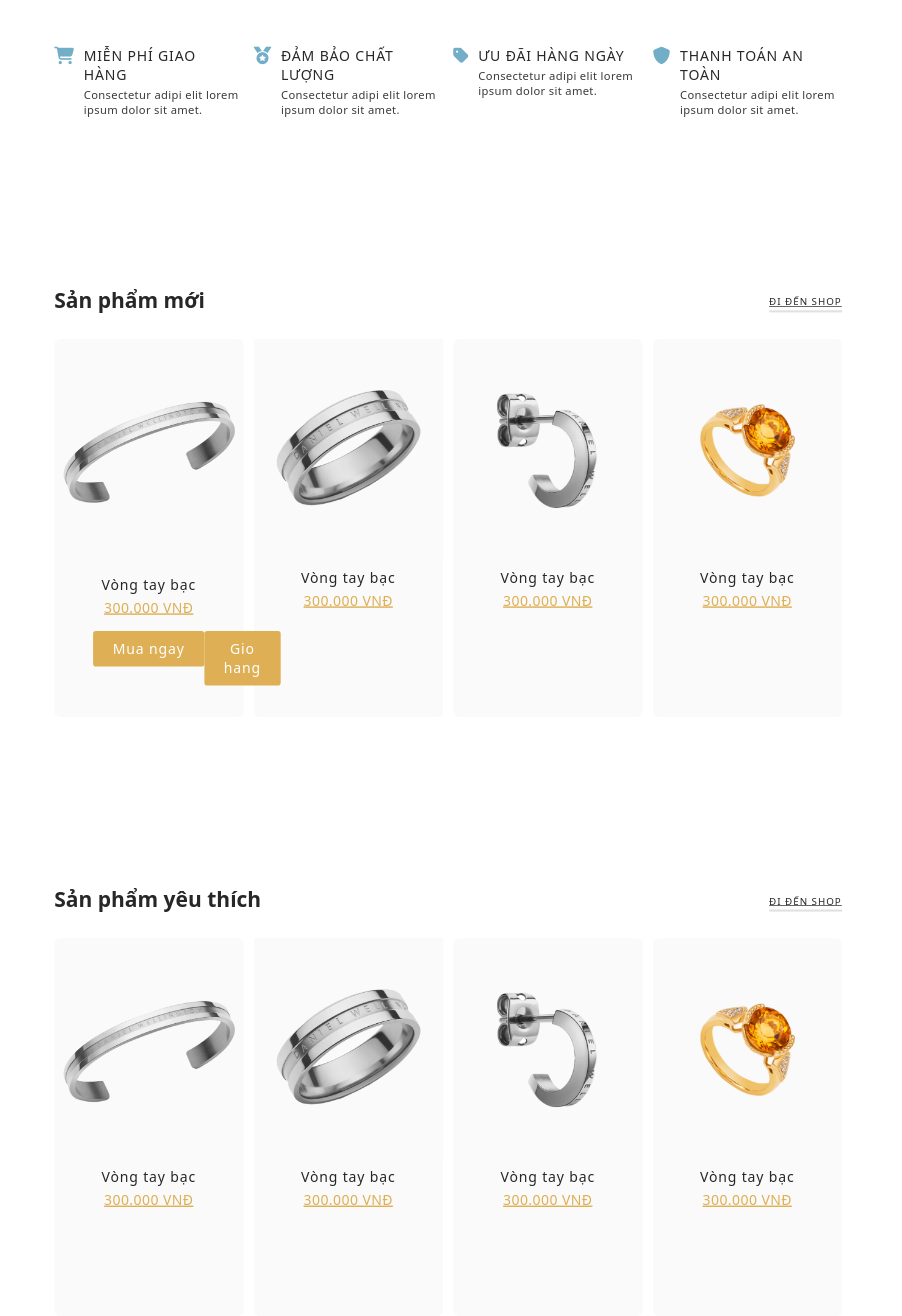
Repository: CangNgo/shoptrangsuc.github.io
Page: index.html
These files come from the project's save history. The page is drawn as it stood at one moment and after the next save; the edit follows.
The browser window is 1280 px wide. The page is 1288 px wide, so the pictures cover 1288 px, including what lies to the right of the window. The pictures show the part of the page from y = 775 to 2655 px (the page is 5591 px tall), at 70% of full size.

Above is the page before, as saved 2024-01-11 18:04:25.

### index.html
<!DOCTYPE html>
<html lang="en">

<head>
    <meta charset="UTF-8">
    <meta name="viewport" content="width=device-width, initial-scale=1.0">
    <link rel="stylesheet" href="asset/css/style.css">
    <link rel="stylesheet" href="asset/css/layout.css">
    <link rel="stylesheet" href="asset/fontawesome-free-6.2.1-web/fontawesome-free-6.2.1-web/css/all.min.css">
    <link href="https://cdn.jsdelivr.net/npm/bootstrap@5.3.2/dist/css/bootstrap.min.css" rel="stylesheet" integrity="sha384-T3c6CoIi6uLrA9TneNEoa7RxnatzjcDSCmG1MXxSR1GAsXEV/Dwwykc2MPK8M2HN" crossorigin="anonymous">

    <title>Serein shop trang sức</title>
</head>

<body>
    <main>
        <header>
            <div class="grid wide">
                <div class="header__main">
                    <div class="logo">
                        <img src="asset/img/logo.png" alt="">
                    </div>
                    <div class="nav">
                        <div class="navbar">
                            <ul>
                                <li><a href="#">Home</a></li>
                                <li><a href="shop.html">Shop</a></li>
                                <li><a href="#">About</a></li>
                                <li><a href="#">Blogs</a></li>
                                <li><a href="#">Contact</a></li>
                            </ul>
                        </div>
                        <div class="right__icons">
                            <div class="right__icon-item">
                                <i class="fa-solid fa-magnifying-glass"></i>
                            </div>
                            <div class="right__icon-item">
                                <i class="fa-solid fa-user"></i>
                            </div>
                            <div class="right__icon-item">
                                <i class="fa-solid fa-cart-shopping"></i>
                                <span>(0)</span>
                            </div>
                        </div>
                    </div>
                </div>
            </div>
        </header>
        <div class="banner">
            <div class="grid wide">
                <div class="row">
                    <div class="col l-6">
                        <div class="banner__left">
                            <h3>Bộ sưu tập</h3>
                            <h2>Dấu ấn</h2>
                            <span>Mỗi chúng ta là một cá thể độc nhất trên thế giới, vậy nên, hãy thoải mái sáng tạo
                                theo cách riêng của bạn. Dù ở bất kỳ phiên bản nào, Serein Jewelry luôn đồng hành cùng
                                bạn ghi lại “DẤU ẤN” riêng bạn.</span>
                        </div>
                    </div>
                    <div class="col l-6 ">
                        <div class="banner__right">
                            <div class="banner__right-btn">
                                <i class="fa-solid fa-chevron-left"></i>
                            </div>
                            <div class="banner-right-img">
                                <img src="asset/img/vong-bac-banner.png" alt="">
                            </div>
                            <div class="banner__right-btn">
                                <i class="fa-solid fa-chevron-right"></i>
                            </div>
                        </div>
                    </div>
                </div>
                <div class="row banner__bottom">
                    <div class="col l-6">
                        <form class="banner-bottom-left">
                            <button type="submit" name="">Mua ngay</button>
                        </form>
                    </div>
                    <div class="col l-6">
                        <div class="banner-bottom-right">
                            <div class="banner-bottom-color">
                                <div class="banner-bottom-color-item gold"></div>
                                <div class="banner-bottom-color-item white"></div>
                            </div>
                            <div class="banner-bottom-play">
                                <i class="fa-solid fa-circle-play"></i>
                            </div>
                        </div>
                    </div>
                </div>
            </div>
        </div>
        <section class="features container">
            <div class="grid wide">
                <div class="row">
                    <div class="col l-3">
                        <div class="features-item">
                            <div class="features-icon">
                                <i class="fa-solid fa-cart-shopping"></i>
                            </div>
                            <div class="feeatures-items">
                                <h4>Miễn phí giao hàng</h4>
                                <span>Consectetur adipi elit lorem ipsum dolor sit amet.</span>
                            </div>
                        </div>
                    </div>
                    <div class="col l-3">
                        <div class="features-item">
                            <div class="features-icon">
                                <i class="fa-solid fa-medal"></i>
                            </div>
                            <div class="feeatures-items">
                                <h4>Đảm bảo chất lượng</h4>
                                <span>Consectetur adipi elit lorem ipsum dolor sit amet.</span>
                            </div>
                        </div>
                    </div>
                    <div class="col l-3">
                        <div class="features-item">
                            <div class="features-icon">
                                <i class="fa-solid fa-tag"></i>
                            </div>
                            <div class="feeatures-items">
                                <h4>Ưu đãi hàng ngày</h4>
                                <span>Consectetur adipi elit lorem ipsum dolor sit amet.</span>
                            </div>
                        </div>
                    </div>
                    <div class="col l-3">
                        <div class="features-item">
                            <div class="features-icon">
                                <i class="fa-solid fa-shield"></i>
                            </div>
                            <div class="feeatures-items">
                                <h4>Thanh toán an toàn</h4>
                                <span>Consectetur adipi elit lorem ipsum dolor sit amet.</span>
                            </div>
                        </div>
                    </div>
                </div>
            </div>
        </section>
        <section class="product container">
            <div class="grid wide">
                <div class="product-section">
                    <h3>Sản phẩm mới</h3>
                    <span><a href="#">Đi đến shop</a></span>
                </div>
                <div class="row">
                    <form class="col l-3">
                        <div class="product-item">
                            <div class="product-top">
                                <div class="product-item-img">
                                    <img src="asset/img/vong-bac.png" alt="Vòng tay bạc">
                                </div>
                            </div>
                            <div class="product-bottom">
                                <div class="product-item-bottom">
                                    <div class="product-item-name">Vòng tay bạc</div>
                                    <div class="product-item-price"><a href="#">300.000 VNĐ</a></div>
                                </div>
                                <div class="buy-product" style="position: relative;">
                                    <button name="buy_product">Mua ngay</button>
                                    <button style="position: absolute; top: 0; ">Gio hang</button>
                                </div>
                            </div>
                        </div>
                    </form>
                    <div class="col l-3">
                        <div class="product-item">
                            <div class="product-item-img">
                                <img src="asset/img/nhan-bac.png" alt="Vòng tay bạc">
                            </div>
                            <div class="product-item-bottom">
                                <div class="product-item-name">Vòng tay bạc</div>
                                <div class="product-item-price"><a href="#">300.000 VNĐ</a></div>
                            </div>
                        </div>
                    </div>
                    <div class="col l-3">
                        <div class="product-item">
                            <div class="product-item-img">
                                <img src="asset/img/bong-tai-bac.png" alt="Vòng tay bạc">
                            </div>
                            <div class="product-item-bottom">
                                <div class="product-item-name">Vòng tay bạc</div>
                                <div class="product-item-price"><a href="#">300.000 VNĐ</a></div>
                            </div>
                        </div>
                    </div>
                    <div class="col l-3">
                        <div class="product-item">
                            <div class="product-item-img">
                                <img src="asset/img/nhan-vang.png" alt="Vòng tay bạc">
                            </div>
                            <div class="product-item-bottom">
                                <div class="product-item-name">Vòng tay bạc</div>
                                <div class="product-item-price"><a href="#">300.000 VNĐ</a></div>
                            </div>
                        </div>
                    </div>
                </div>
            </div>
        </section>
        <section class="product container">
            <div class="grid wide">
                <div class="product-section">
                    <h3>Sản phẩm yêu thích</h3>
                    <span><a href="#">Đi đến shop</a></span>
                </div>
                <div class="row">
                    <div class="col l-3">
                        <div class="product-item">
                            <div class="product-item-img">
                                <img src="asset/img/vong-bac.png" alt="Vòng tay bạc">
                            </div>
                            <div class="product-item-bottom">
                                <div class="product-item-name">Vòng tay bạc</div>
                                <div class="product-item-price"><a href="#">300.000 VNĐ</a></div>
                            </div>
                        </div>
                    </div>
                    <div class="col l-3">
                        <div class="product-item">
                            <div class="product-item-img">
                                <img src="asset/img/nhan-bac.png" alt="Vòng tay bạc">
                            </div>
                            <div class="product-item-bottom">
                                <div class="product-item-name">Vòng tay bạc</div>
                                <div class="product-item-price"><a href="#">300.000 VNĐ</a></div>
                            </div>
                        </div>
                    </div>
                    <div class="col l-3">
                        <div class="product-item">
                            <div class="product-item-img">
                                <img src="asset/img/bong-tai-bac.png" alt="Vòng tay bạc">
                            </div>
                            <div class="product-item-bottom">
                                <div class="product-item-name">Vòng tay bạc</div>
                                <div class="product-item-price"><a href="#">300.000 VNĐ</a></div>
                            </div>
                        </div>
                    </div>
                    <div class="col l-3 m-12 c-12">
                        <div class="product-item">
                            <div class="product-item-img">
                                <img src="asset/img/nhan-vang.png" alt="Vòng tay bạc">
                            </div>
                            <div class="product-item-bottom">
                                <div class="product-item-name">Vòng tay bạc</div>
                                <div class="product-item-price"><a href="#">300.000 VNĐ</a></div>
                            </div>
                        </div>
                    </div>
                </div>
            </div>
        </section>
        <section class="posts product container">
            <div class="grid wide">
                <div class="product-section">
                    <h3>Bài viết mới</h3>
                    <span><a href="#">Đi đến blog</a></span>
                </div>
                <div class="row">
                    <div class="col l-4">
                        <div class="posts-item">
                            <div class="post-item-img"><img src="asset/img/post1.png" alt=""></div>
                            <div class="post-item-datetime">feb 22, 2023 - Gadgets</div>
                            <div class="post-item-name">Get some cool gadgets in 2023</div>
                        </div>
                    </div>
                    <div class="col l-4">
                        <div class="posts-item">
                            <div class="post-item-img"><img src="asset/img/post2.png" alt=""></div>
                            <div class="post-item-datetime">feb 22, 2023 - technology</div>
                            <div class="post-item-name">TECHNOLOGY HACK YOU WON’T GET</div>
                        </div>
                    </div>
                    <div class="col l-4">
                        <div class="posts-item">
                            <div class="post-item-img"><img src="asset/img/post3.png" alt=""></div>
                            <div class="post-item-datetime">feb 22, 2023 - camera</div>
                            <div class="post-item-name">toP 10 SMALL cAMERA IN THE WORLD</div>
                        </div>
                    </div>
                </div>
            </div>
        </section>
        <section class="coutdown container">
            <div class="grid wide">
                <div class="coutdown-content">
                    <h3>Đăng ký ngay để sở hữu BST "Dấu ấn"</h3>
                    <div class="coutdown-content-bottom">
                        <span>Vì “Dấu ấn” là BST độc nhất cho mỗi khách hàng, nên chúng tôi chỉ mở bán với số lượng giới
                            hạn.
                            Đặc biệt, khi mua hàng càng sớm bạn sẽ nhận được nhiều ưu đãi đặc biệt từ Serein Jewelry.
                        </span>
                        <button name="buy_submit">Mua ngay</button>
                    </div>
                </div>
                <div class="coutdown-olock">
                    <div class="coutdown-olock-item">
                        <div class="coutdown-olock-item-hour">0</div>
                        <div class="coutdown-olock-item-day">Ngày</div>
                    </div>
                    <div class="coutdown-olock-item">
                        <div class="coutdown-olock-item-hour">7</div>
                        <div class="coutdown-olock-item-day">Giờ</div>
                    </div>
                    <div class="coutdown-olock-item">
                        <div class="coutdown-olock-item-hour">23</div>
                        <div class="coutdown-olock-item-day">Phút</div>
                    </div>
                    <div class="coutdown-olock-item">
                        <div class="coutdown-olock-item-hour">49</div>
                        <div class="coutdown-olock-item-day">Giây</div>
                    </div>
                </div>
            </div>
        </section>
        <section class="form-register container">
            <div class="grid wide">
                <div class="form-register-main">
                    <div class="form-register-content">
                        <h3>Đăng ký ngay</h3>
                        <span>Đăng ký để nhận được khuyến mãi</span>
                    </div>
                    <div class="form-register-input">
                        <input type="text" placeholder="Nhập email">
                        <button>Đăng ký</button>
                    </div>
                </div>
            </div>
        </section>
        <section class="testimony container">
            <div class="grid wide">
                <div class="testimony-main">
                    <div class="testimony-icon">
                        <img src="asset/img/testimony-icon.png" alt="">
                    </div>
                    <div class="testimony-content">
                        <div class="testimony-button-left">
                            <i class="fa-solid fa-chevron-left"></i>
                        </div>
                        <div class="testimony-content-said">
                            “Tempus oncu enim pellen tesque este pretium in neque, elit morbi sagittis lorem habi mattis
                            Pellen tesque pretium feugiat vel morbi suspen dise sagittis lorem habi tasse morbi.”
                        </div>
                        <div class="testimony-button-right">
                            <i class="fa-solid fa-chevron-right"></i>
                        </div>
                    </div>
                    <div class="testimony-star">
                        <div class="testimony-star-items">
                            <div class="testimony-star-item">
                                <i class="fa-solid fa-star"></i>
                            </div>
                            <div class="testimony-star-item">
                                <i class="fa-solid fa-star"></i>
                            </div>
                            <div class="testimony-star-item">
                                <i class="fa-solid fa-star"></i>
                            </div>
                            <div class="testimony-star-item">
                                <i class="fa-solid fa-star"></i>
                            </div>
                            <div class="testimony-star-item">
                                <i class="fa-solid fa-star"></i>
                            </div>
                        </div>
                        <div class="testtimony-star-name">
                            Emma Chamberlin
                        </div>
                    </div>
                </div>
            </div>
        </section>
        <div class="evaluate container">
            <div class="grid wide">
                <h3>Khách hàng nói về BST "Dấu ấn"</h3>
                <div class="row">
                    <div class="col l-4"></div>
                    <div class="col l-4"></div>
                    <div class="col l-4"></div>
                </div>
            </div>
        </div>
    </main>
</body>

</html>

### asset/css/layout.css
.grid {
    width: 100%;
    display: block;
    padding: 0;
}

.grid.wide {
    max-width: 1300px;
    margin: 0 auto;
}

.row {
    display: flex;
    flex-wrap: wrap;
    margin-left: -8px;
    margin-right: -8px;
}


.col {
    padding-left: 8px;
    padding-right: 8px;
}

.c-0 {
    display: none;
}

.c-1 {
    flex: 0 0 8.33333%;
    max-width: 8.33333%;
}

.c-2 {
    flex: 0 0 16.66667%;
    max-width: 16.66667%;
}

.c-3 {
    flex: 0 0 25%;
    max-width: 25%;
}

.c-4 {
    flex: 0 0 33.33333%;
    max-width: 33.33333%;
}

.c-5 {
    flex: 0 0 41.66667%;
    max-width: 41.66667%;
}

.c-6 {
    flex: 0 0 50%;
    max-width: 50%;
}

.c-7 {
    flex: 0 0 58.33333%;
    max-width: 58.33333%;
}

.c-8 {
    flex: 0 0 66.66667%;
    max-width: 66.66667%;
}

.c-9 {
    flex: 0 0 75%;
    max-width: 75%;
}

.c-10 {
    flex: 0 0 83.33333%;
    max-width: 83.33333%;
}

.c-11 {
    flex: 0 0 91.66667%;
    max-width: 91.66667%;
}

.c-12 {
    flex: 0 0 100%;
    max-width: 100%;
}

/* >= Tablet */
@media (min-width: 740px) {
    .row {
        margin-left: -12px;
        margin-right: -12px;
    }

    .col {
        padding-left: 12px;
        padding-right: 12px;
    }

    .m-0 {
        display: none;
    }

    .m-4,
    .m-5,
    .m-6,
    .m-8,
    .m-10,
    .m-12 {
        display: block;
    }

    .m-4 {
        flex: 0 0 33.33334%;
        max-width: 33.3334%;
    }

    .m-5 {
        flex: 0 0 41.66667%;
        max-width: 41.66667%;
    }

    .m-6 {
        flex: 0 0 50%;
        max-width: 50%;
    }

    .m-8 {
        flex: 0 0 66.66667%;
        max-width: 66.66667%;
    }

    .m-10 {
        flex: 0 0 83.33333%;
        max-width: 83.33333%;
    }

    .m-12 {
        flex: 0 0 100%;
        max-width: 100%;
    }
}

/* PC medium resolution > */
@media (min-width: 1024px) {
    .row {
        margin-left: -10px;
        margin-right: -10px;
    }

    .row.sm-gutter {
        margin-left: -5px;
        margin-right: -5px;
    }

    .col {
        padding-left: 10px;
        padding-right: 10px;
    }

    .row.sm-gutter .col {
        padding-left: 5px;
        padding-right: 5px;
    }

    .l-0 {
        display: none;
    }

    .l-3,
    .l-4,
    .l-5,
    .l-6,
    .l-8,
    .l-8-3,
    .l-10,
    .l-12 {
        display: block;
    }

    .l-3 {
        flex: 0 0 25%;
        max-width: 25%;
    }

    .l-3-3 {
        flex: 0 0 25%;
        max-width: 25%;
    }

    .l-4 {
        flex: 0 0 33.33333%;
        max-width: 33.33333%;
    }

    .l-5 {
        flex: 0 0 41.66667%;
        max-width: 41.6667%;
    }

    .l-6 {
        flex: 0 0 50%;
        max-width: 50%;
    }

    .l-8 {
        flex: 0 0 66.66667%;
        max-width: 66.66667%;
    }

    .l-9 {
        flex: 0 0 75%;
        max-width: 75%;
    }

    .l-8-3 {
        flex: 0 0 30%;
        max-width: 30%;
    }

    .l-10 {
        flex: 0 0 83.33333%;
        max-width: 83.33333%;
    }

    .l-12 {
        flex: 0 0 100%;
        max-width: 100%;
    }
}

/* Tablet - PC low resolution */
@media (min-width: 740px) and (max-width: 1023px) {
    .wide {
        width: 644px;
    }
}

/* > PC low resolution */
@media (min-width: 1024px) and (max-width: 1239px) {
    .wide {
        width: 984px;
    }
}

Loaded but not shown: asset/fontawesome-free-6.2.1-web/fontawesome-free-6.2.1-web/css/all.min.css (library); asset/css/style.css (793 lines, source omitted)

After the next save:
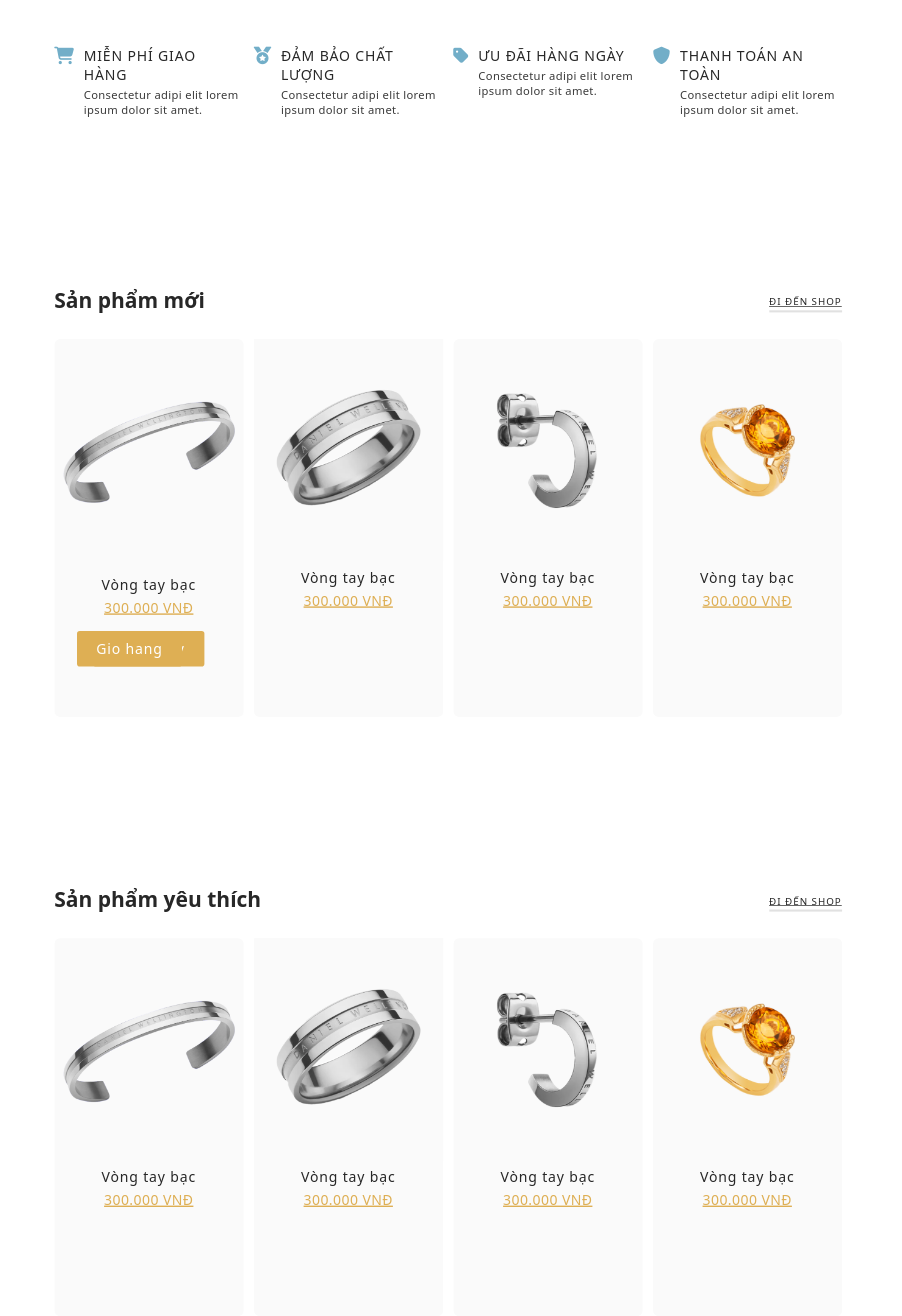
Saved 5 s later.
--- a/index.html
+++ b/index.html
@@ -163,7 +163,7 @@
                                 </div>
                                 <div class="buy-product" style="position: relative;">
                                     <button name="buy_product">Mua ngay</button>
-                                    <button style="position: absolute; top: 0; ">Gio hang</button>
+                                    <button style="position: absolute; top: 0; left: 32px;">Gio hang</button>
                                 </div>
                             </div>
                         </div>
